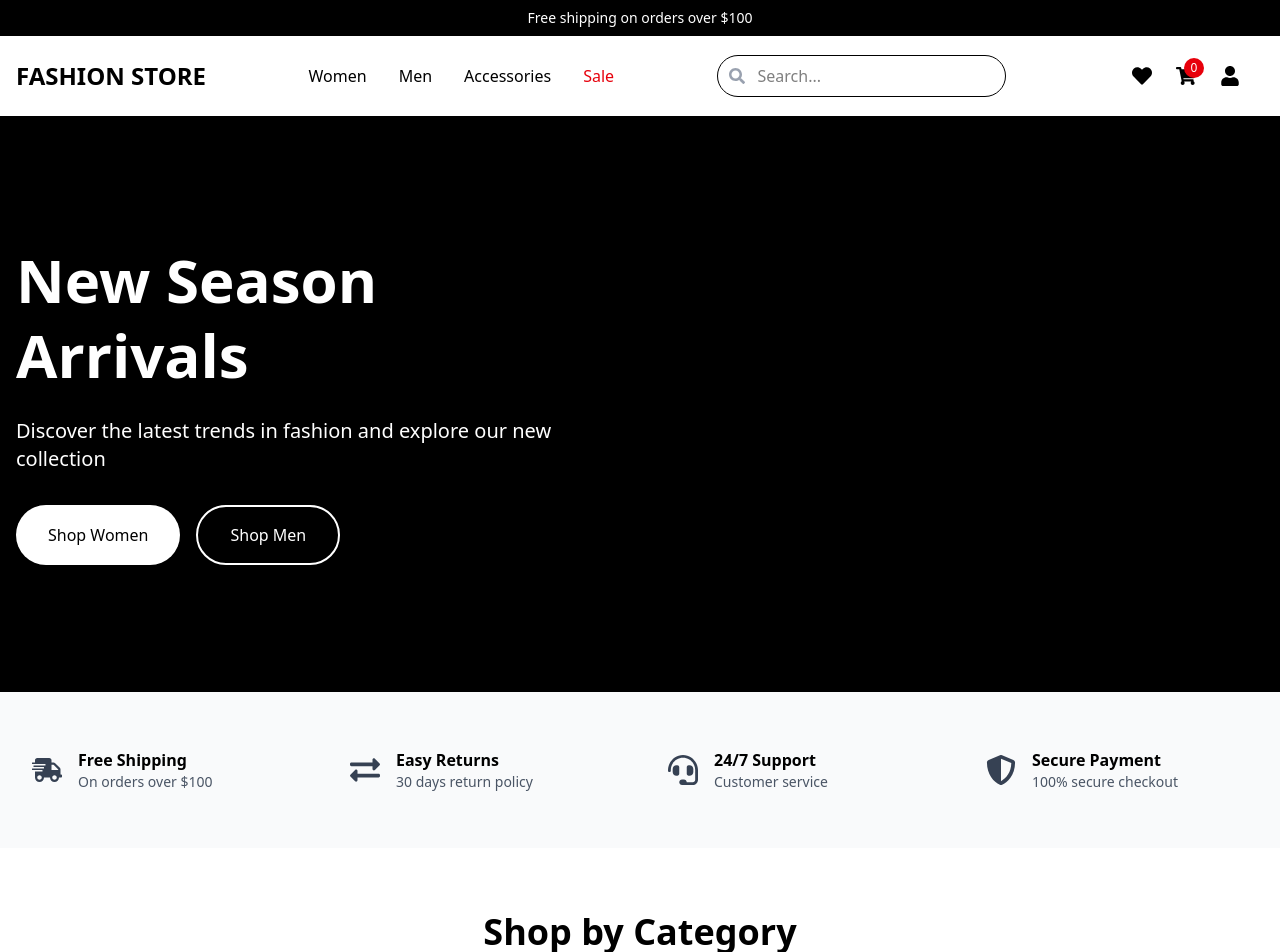
Repository: minhquang203/SHOPQUANAO
Page: / (app in frontend/)
These files come from the project's save history. The page is drawn as it stood at one moment and after the next save; the edit follows.
The browser window is 1280 px wide. The pictures show the part of the page from y = 0 to 952 px (the page is 2482 px tall before and 2446 px after).
The project was rebuilt for these pictures with package versions that can differ from the ones it lists, and the page was loaded fresh each time. Also part of the build but not shown: frontend/vite.config.js.

Above is the page before, as saved 2025-04-21 20:02:13.

### frontend/src/main.jsx
import React, { StrictMode } from 'react';
import { createRoot } from 'react-dom/client';
import App from './App';
import './index.css';

const root = createRoot(document.getElementById('root'));  // Đảm bảo rằng 'root' là đúng ID
root.render(
  <StrictMode>
    <App />
  </StrictMode>
);

### frontend/src/App.jsx
import React from 'react';
import { BrowserRouter as Router } from 'react-router-dom';
import Navbar from '../src/components/Navbar.jsx';
import Homepage from '../src/pages/Homepage.jsx';

function App() {
  return (
    <Router>
      <div>
        <Navbar />
        <Homepage />
      </div>
    </Router>
  );
}

export default App;

### frontend/src/components/Navbar.jsx
import React, { useState } from 'react';
import { FaHeart, FaSearch, FaShoppingCart, FaUser } from 'react-icons/fa';
import { Link } from 'react-router-dom';

function Navbar() {
  const [isMenuOpen, setIsMenuOpen] = useState(false);

  return (
    <nav className="bg-white shadow-md sticky top-0 z-50">
      {/* Top Bar */}
      <div className="bg-black text-white py-2">
        <div className="container mx-auto px-4 text-center text-sm">
          Free shipping on orders over $100
        </div>
      </div>

      {/* Main Navbar */}
      <div className="container mx-auto px-4">
        <div className="flex items-center justify-between h-20">
          {/* Logo */}
          <Link to="/" className="text-2xl font-bold">FASHION STORE</Link>

          {/* Desktop Menu */}
          <div className="hidden md:flex items-center space-x-8">
            <Link to="/women" className="hover:text-gray-600 transition">Women</Link>
            <Link to="/men" className="hover:text-gray-600 transition">Men</Link>
            <Link to="/accessories" className="hover:text-gray-600 transition">Accessories</Link>
            <Link to="/sale" className="text-red-600 hover:text-red-700 transition">Sale</Link>
          </div>

          {/* Search Bar */}
          <div className="hidden md:flex items-center relative">
            <input
              type="text"
              placeholder="Search..."
              className="pl-10 pr-4 py-2 border rounded-full focus:outline-none focus:ring-2 focus:ring-black"
            />
            <FaSearch className="absolute left-3 text-gray-400" />
          </div>

          {/* Icons */}
          <div className="flex items-center space-x-6">
            <button className="hover:text-gray-600 transition">
              <FaSearch className="h-5 w-5 md:hidden" />
            </button>
            <Link to="/wishlist" className="hover:text-gray-600 transition">
              <FaHeart className="h-5 w-5" />
            </Link>
            <Link to="/cart" className="relative hover:text-gray-600 transition">
              <FaShoppingCart className="h-5 w-5" />
              <span className="absolute -top-2 -right-2 bg-red-600 text-white text-xs rounded-full w-5 h-5 flex items-center justify-center">
                0
              </span>
            </Link>
            <Link to="/account" className="hover:text-gray-600 transition">
              <FaUser className="h-5 w-5" />
            </Link>

            {/* Mobile Menu Button */}
            <button
              className="md:hidden"
              onClick={() => setIsMenuOpen(!isMenuOpen)}
            >
              <svg className="w-6 h-6" fill="none" viewBox="0 0 24 24" stroke="currentColor">
                <path strokeLinecap="round" strokeLinejoin="round" strokeWidth={2} d="M4 6h16M4 12h16M4 18h16" />
              </svg>
            </button>
          </div>
        </div>

        {/* Mobile Menu */}
        {isMenuOpen && (
          <div className="md:hidden py-4 border-t">
            <div className="flex flex-col space-y-4">
              <Link to="/women" className="hover:text-gray-600 transition px-4">Women</Link>
              <Link to="/men" className="hover:text-gray-600 transition px-4">Men</Link>
              <Link to="/accessories" className="hover:text-gray-600 transition px-4">Accessories</Link>
              <Link to="/sale" className="text-red-600 hover:text-red-700 transition px-4">Sale</Link>
              <div className="relative px-4">
                <input
                  type="text"
                  placeholder="Search..."
                  className="w-full pl-10 pr-4 py-2 border rounded-full focus:outline-none focus:ring-2 focus:ring-black"
                />
                <FaSearch className="absolute left-7 top-3 text-gray-400" />
              </div>
            </div>
          </div>
        )}
      </div>
    </nav>
  );
}

export default Navbar;

### frontend/src/pages/Homepage.jsx
import React from "react";
import { FaExchangeAlt, FaHeadset, FaShieldAlt, FaShippingFast } from 'react-icons/fa';

function Homepage() {
  return (
    <div className="min-h-screen">
      {/* Hero Banner with Overlay */}
      <section className="relative h-[80vh]">
        <img
          src="/banner.jpg"
          alt="Hero Banner"
          className="w-full h-full object-cover"
        />
        <div className="absolute inset-0 bg-black bg-opacity-40 flex items-center">
          <div className="container mx-auto px-4">
            <div className="max-w-xl">
              <h1 className="text-6xl font-bold mb-6 text-white leading-tight">
                New Season Arrivals
              </h1>
              <p className="text-xl text-white mb-8">
                Discover the latest trends in fashion and explore our new collection
              </p>
              <div className="flex gap-4">
                <button className="bg-white text-black px-8 py-4 rounded-full hover:bg-gray-100 transition duration-300">
                  Shop Women
                </button>
                <button className="border-2 border-white text-white px-8 py-4 rounded-full hover:bg-white hover:text-black transition duration-300">
                  Shop Men
                </button>
              </div>
            </div>
          </div>
        </div>
      </section>

      {/* Services Section */}
      <section className="bg-gray-50 py-10">
        <div className="container mx-auto px-4">
          <div className="grid grid-cols-1 md:grid-cols-4 gap-6">
            <div className="flex items-center gap-4 p-4">
              <FaShippingFast className="text-3xl text-gray-700" />
              <div>
                <h3 className="font-semibold">Free Shipping</h3>
                <p className="text-sm text-gray-600">On orders over $100</p>
              </div>
            </div>
            <div className="flex items-center gap-4 p-4">
              <FaExchangeAlt className="text-3xl text-gray-700" />
              <div>
                <h3 className="font-semibold">Easy Returns</h3>
                <p className="text-sm text-gray-600">30 days return policy</p>
              </div>
            </div>
            <div className="flex items-center gap-4 p-4">
              <FaHeadset className="text-3xl text-gray-700" />
              <div>
                <h3 className="font-semibold">24/7 Support</h3>
                <p className="text-sm text-gray-600">Customer service</p>
              </div>
            </div>
            <div className="flex items-center gap-4 p-4">
              <FaShieldAlt className="text-3xl text-gray-700" />
              <div>
                <h3 className="font-semibold">Secure Payment</h3>
                <p className="text-sm text-gray-600">100% secure checkout</p>
              </div>
            </div>
          </div>
        </div>
      </section>

      {/* Categories */}
      <section className="py-16">
        <div className="container mx-auto px-4">
          <h2 className="text-4xl font-bold mb-12 text-center">Shop by Category</h2>
          <div className="grid grid-cols-1 md:grid-cols-3 gap-8">
            {['Women', 'Men', 'Accessories'].map((category) => (
              <div key={category} className="group relative overflow-hidden rounded-xl h-[400px]">
                <img
                  src={`/${category.toLowerCase()}.jpg`}
                  alt={category}
                  className="w-full h-full object-cover transition duration-500 group-hover:scale-110"
                />
                <div className="absolute inset-0 bg-gradient-to-t from-black/70 to-transparent flex flex-col justify-end p-8">
                  <h3 className="text-white text-2xl font-bold mb-3">{category}</h3>
                  <button className="bg-white text-black w-full py-3 rounded-full opacity-0 transform translate-y-4 group-hover:opacity-100 group-hover:translate-y-0 transition duration-300">
                    Shop Now
                  </button>
                </div>
              </div>
            ))}
          </div>
        </div>
      </section>

      {/* Featured Products */}
      <section className="bg-gray-50 py-16">
        <div className="container mx-auto px-4">
          <h2 className="text-4xl font-bold mb-12 text-center">Trending Now</h2>
          <div className="grid grid-cols-1 md:grid-cols-4 gap-6">
            {[1, 2, 3, 4].map((item) => (
              <div key={item} className="group bg-white rounded-xl overflow-hidden hover:shadow-xl transition duration-300">
                <div className="relative overflow-hidden">
                  <img
                    src={`/product${item}.jpg`}
                    alt={`Product ${item}`}
                    className="w-full h-[350px] object-cover group-hover:scale-105 transition duration-500"
                  />
                  <div className="absolute top-4 right-4">
                    <button className="bg-white p-2 rounded-full shadow-md hover:bg-gray-100">
                      <svg className="w-5 h-5" fill="none" stroke="currentColor" viewBox="0 0 24 24">
                        <path strokeLinecap="round" strokeLinejoin="round" strokeWidth="2" d="M4.318 6.318a4.5 4.5 0 000 6.364L12 20.364l7.682-7.682a4.5 4.5 0 00-6.364-6.364L12 7.636l-1.318-1.318a4.5 4.5 0 00-6.364 0z" />
                      </svg>
                    </button>
                  </div>
                </div>
                <div className="p-6">
                  <h3 className="font-semibold text-lg mb-2">Product Name</h3>
                  <div className="flex justify-between items-center">
                    <p className="text-gray-600">$99.99</p>
                    <button className="bg-black text-white px-6 py-2 rounded-full hover:bg-gray-800 transition duration-300">
                      Add to Cart
                    </button>
                  </div>
                </div>
              </div>
            ))}
          </div>
        </div>
      </section>

      {/* Newsletter */}
      <section className="py-20 bg-gradient-to-r from-gray-900 to-gray-800 text-white">
        <div className="container mx-auto px-4">
          <div className="text-center max-w-2xl mx-auto">
            <h2 className="text-4xl font-bold mb-6">Join Our Newsletter</h2>
            <p className="text-gray-300 mb-8">Subscribe to get special offers, free giveaways, and amazing deals.</p>
            <div className="flex gap-4 justify-center">
              <input
                type="email"
                placeholder="Enter your email"
                className="px-6 py-3 rounded-full w-full max-w-md text-black focus:outline-none focus:ring-2 focus:ring-white"
              />
              <button className="bg-white text-black px-8 py-3 rounded-full hover:bg-gray-100 transition duration-300">
                Subscribe
              </button>
            </div>
          </div>
        </div>
      </section>
    </div>
  );
}

export default Homepage;

Loaded but not shown: frontend/index.html (common file); frontend/src/index.css (common file)

After the next save:
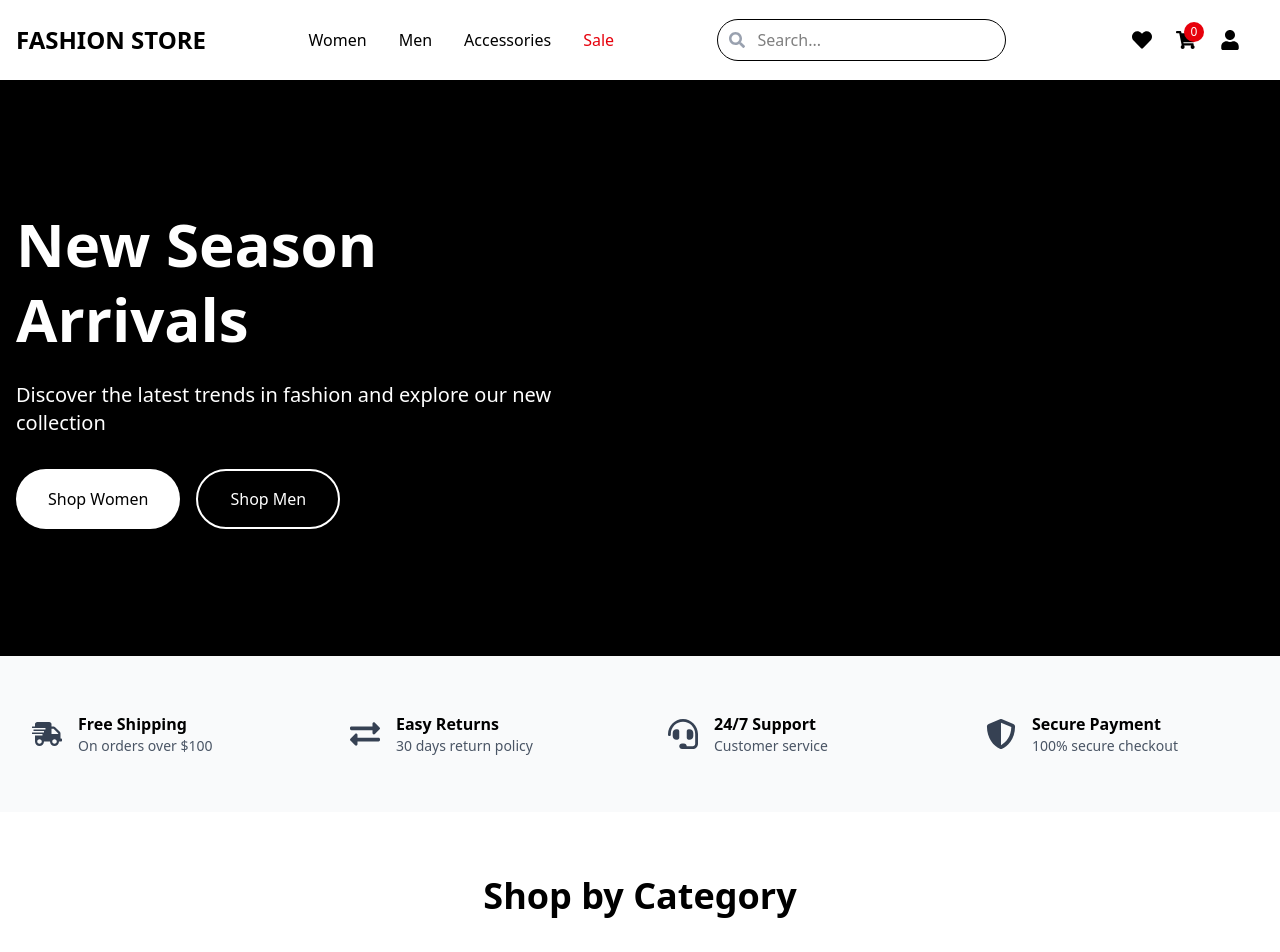
Saved 38 s later.
--- a/frontend/src/components/Navbar.jsx
+++ b/frontend/src/components/Navbar.jsx
@@ -7,12 +7,7 @@ function Navbar() {
 
   return (
     <nav className="bg-white shadow-md sticky top-0 z-50">
-      {/* Top Bar */}
-      <div className="bg-black text-white py-2">
-        <div className="container mx-auto px-4 text-center text-sm">
-          Free shipping on orders over $100
-        </div>
-      </div>
+
 
       {/* Main Navbar */}
       <div className="container mx-auto px-4">
